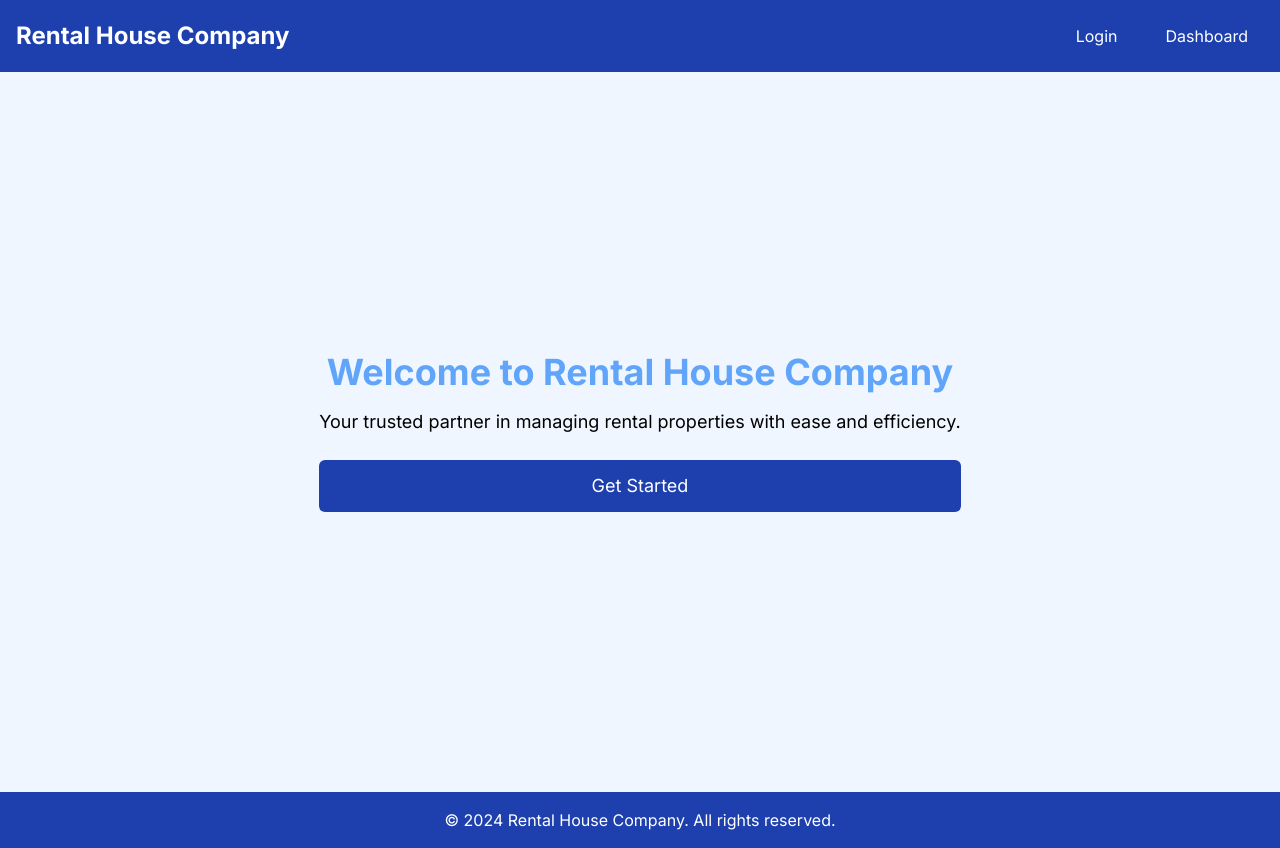
Repository: NassimeElkamari/Horizon-Housing
Page: /
These files come from the project's save history. The page is drawn as it stood at one moment and after the next save; the edit follows.
The browser window is 1280 px wide. The pictures show the whole page.
The project was rebuilt for these pictures with package versions that can differ from the ones it lists, and the page was loaded fresh each time. The framework's server and built-in components were replaced by stand-ins that run in the browser. Also part of the build but not shown: next.config.mjs.

Above is the page before, as saved 2024-08-28 21:10:30.

### src/app/page.tsx
import Link from 'next/link';

const HomePage = () => {
  return (
    <div className="min-h-screen bg-gray-100">
      <header className="bg-blue-800 text-white p-4">
        <div className="container mx-auto flex justify-between items-center">
          <h1 className="text-2xl font-bold">Rental House Company</h1>
          <nav>
            <ul className="flex space-x-4">
              <li>
                <Link href="/login">
                  <p className="hover:bg-blue-700 px-4 py-2 rounded-md">Login</p>
                </Link>
              </li>
              <li>
                <Link href="/dashboard">
                  <p className="hover:bg-blue-700 px-4 py-2 rounded-md">Dashboard</p>
                </Link>
              </li>
            </ul>
          </nav>
        </div>
      </header>

      <main className="flex flex-col items-center justify-center min-h-screen bg-blue-50">
        <div className="text-center p-6">
          <h2 className="text-4xl font-bold mb-4 text-blue-400">Welcome to Rental House Company</h2>
          <p className="text-lg mb-6">Your trusted partner in managing rental properties with ease and efficiency.</p>
          <Link href="/dashboard">
            <p className="bg-blue-800 text-white px-6 py-3 rounded-md text-lg hover:bg-blue-700">Get Started</p>
          </Link>
        </div>
      </main>

      <footer className="bg-blue-800 text-white p-4">
        <div className="container mx-auto text-center">
          <p>&copy; {new Date().getFullYear()} Rental House Company. All rights reserved.</p>
        </div>
      </footer>
    </div>
  );
};

export default HomePage;

Loaded but not shown: src/app/layout.tsx (common file); src/app/globals.css (common file); tailwind.config.ts (common file)

After the next save:
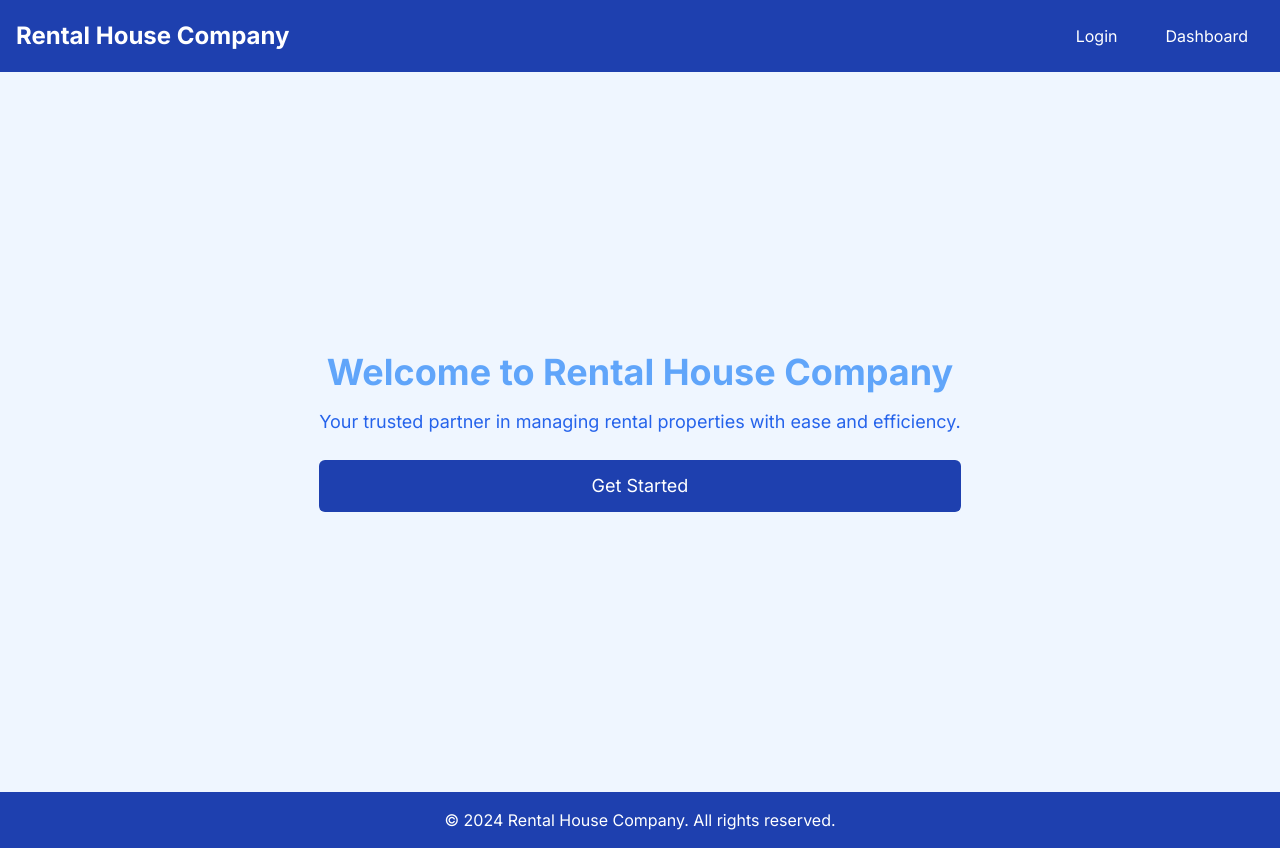
Saved 9 s later.
--- a/src/app/page.tsx
+++ b/src/app/page.tsx
@@ -26,7 +26,7 @@ const HomePage = () => {
       <main className="flex flex-col items-center justify-center min-h-screen bg-blue-50">
         <div className="text-center p-6">
           <h2 className="text-4xl font-bold mb-4 text-blue-400">Welcome to Rental House Company</h2>
-          <p className="text-lg mb-6">Your trusted partner in managing rental properties with ease and efficiency.</p>
+          <p className="text-lg mb-6 text-blue-600">Your trusted partner in managing rental properties with ease and efficiency.</p>
           <Link href="/dashboard">
             <p className="bg-blue-800 text-white px-6 py-3 rounded-md text-lg hover:bg-blue-700">Get Started</p>
           </Link>
